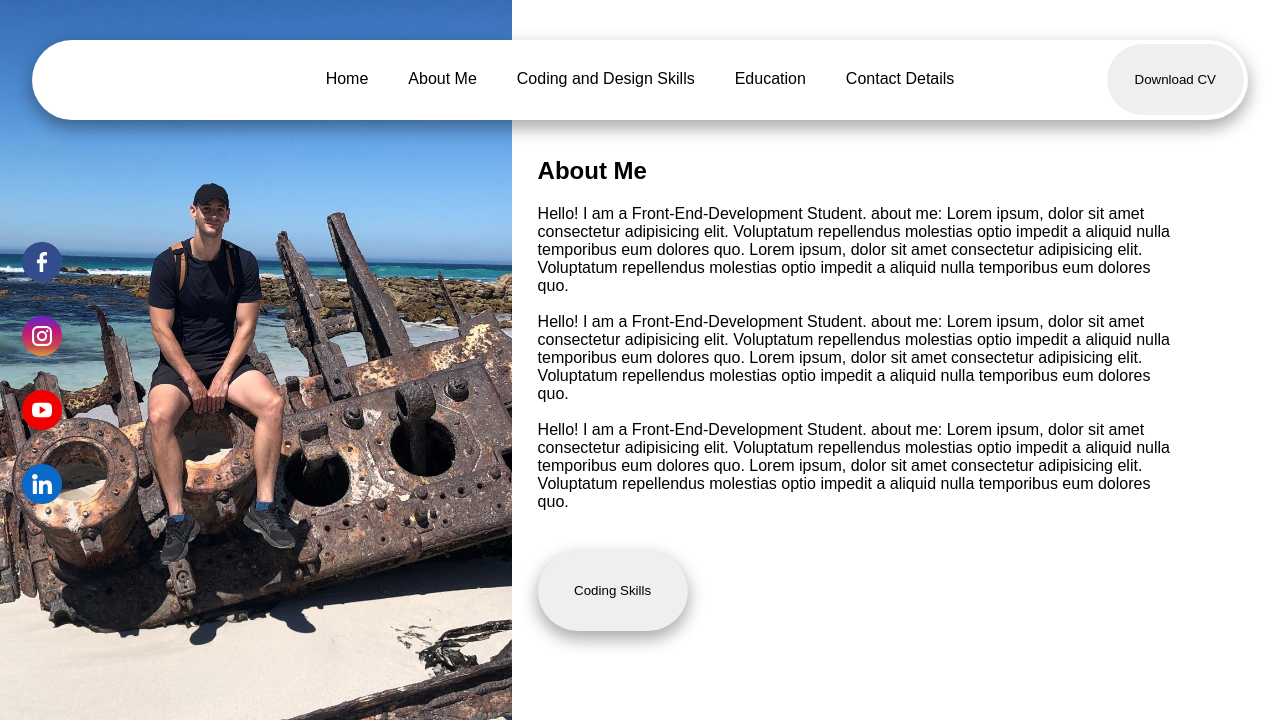
Repository: WesleyErasmus/MyDigitalResume-4
Page: about.html
An editor plug-in stored every save of this project. The page is shown before and after the next save, followed by the edit.
The browser window is 1280 px wide. The pictures show the whole page.

Above is the page before, as saved 2022-02-20 19:10:54.

After the next save:
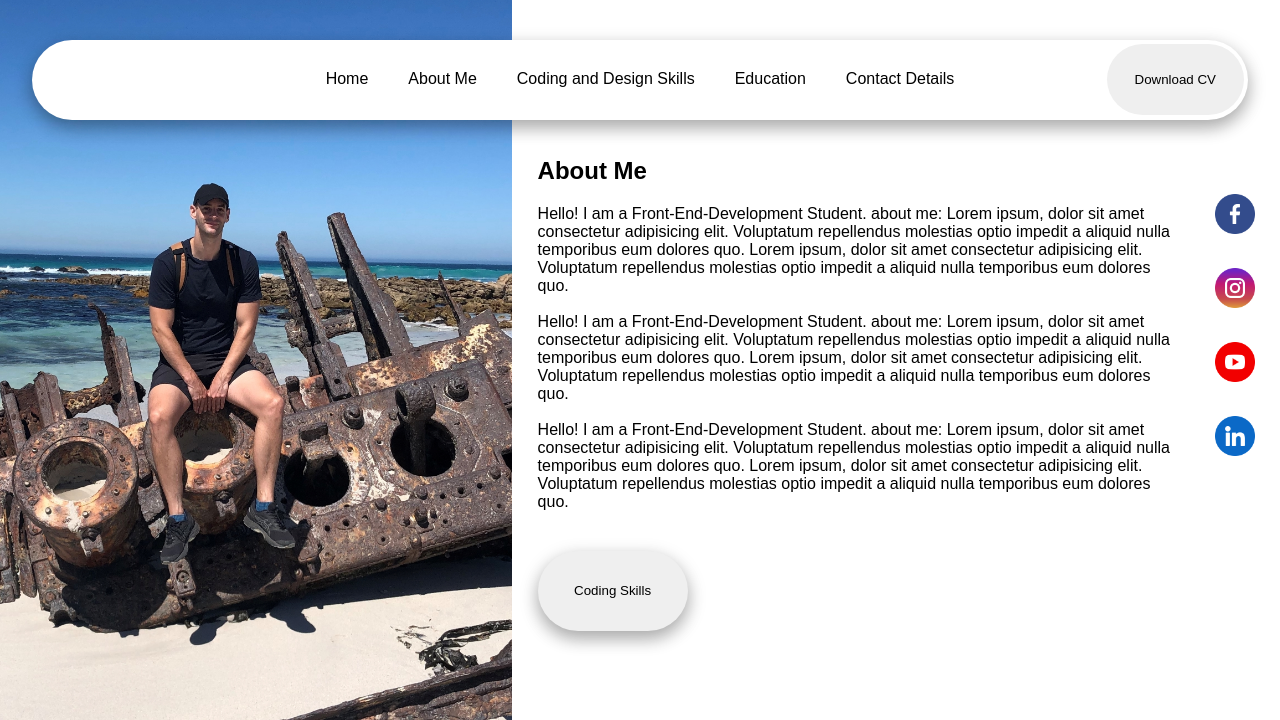
Saved 23 s later.
--- a/about.css
+++ b/about.css
@@ -54,12 +54,12 @@ aside.self-portrait {
     background-size: cover;
 }
 nav.social-media-links {
-    position: relative;
+    position: absolute;
     height: 390px;
     width: 50px;
-    float: left;
-    top: 10vh;
-    left: 17px;
+    float: right;
+    top: 20vh;
+    right: 20px;
     border-radius: 0 15px 15px 0;
 }
 ul.social-media-links{
